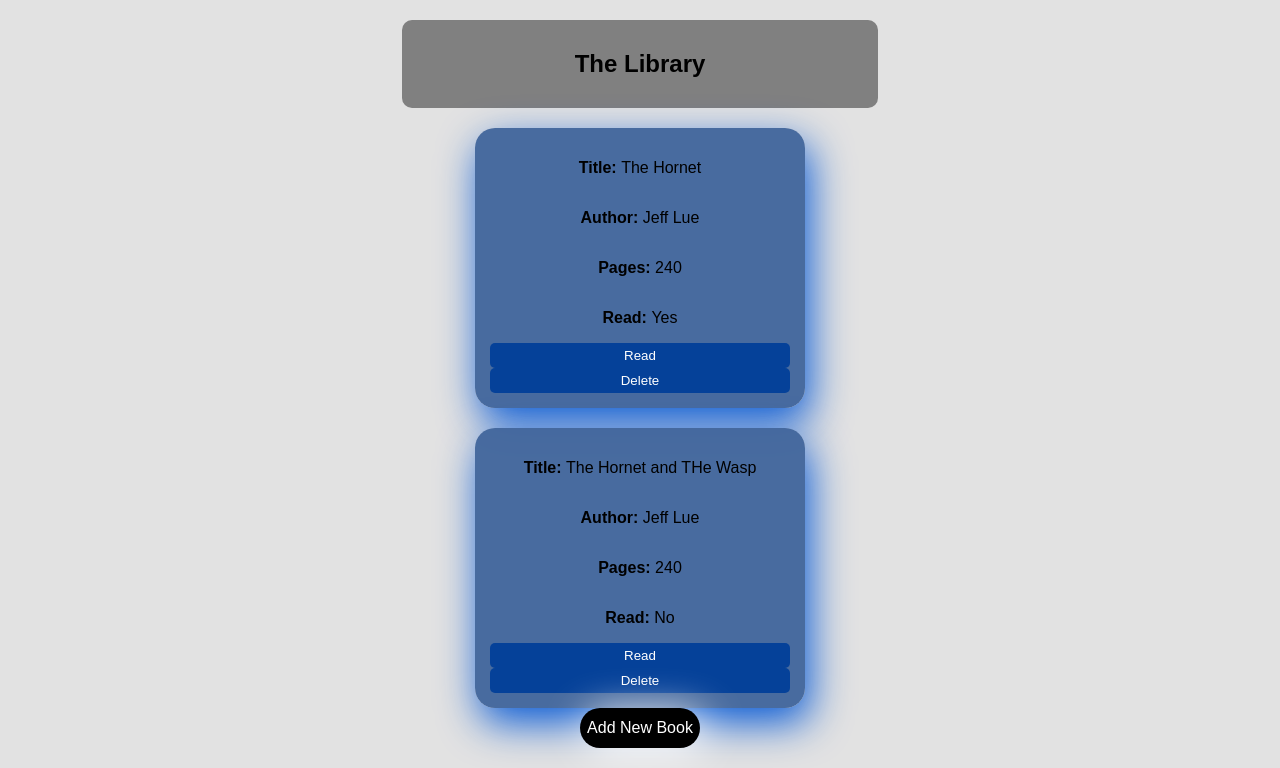
Repository: ErvinClay13/Library
Page: index.html
These files come from the project's save history. The page is drawn as it stood at one moment and after the next save; the edit follows.
The browser window is 1280 px wide. The pictures show the whole page.

Above is the page before, as saved 2025-01-11 04:56:53.

### index.html
<!DOCTYPE html>
<html lang="en">
<head>
    <meta charset="UTF-8">
    <meta name="viewport" content="width=device-width, initial-scale=1.0">
    <link rel="stylesheet" href="style.css">
    <link
      rel="icon"
      type="image/png"
      sizes="32x32"
      href="images/myLogo.png"
    />
    <title>The Library</title>
</head>
<body>
    <div class="container">
        <div class="heading">
            <h2>The Library</h2>
        </div>

            <div class="content" id="content"></div>

            <dialog id="myDialog">
                <div class="input">
                <form method="dialog" id="form">
                    <label for="title">Title</label>
                    <input type="text"
                           id="title"
                           name="title"
                           required>

                    <label for="author">Author</label>
                    <input type="text"
                           id="author"
                           name="author"
                           required>

                    <label for="pages">Pages</label>
                    <input type="number"
                           id="pages"
                           name="pages"
                           required>

                    <label for="read">Read</label>
                    <input type="checkbox"
                           name="read"
                           id="isRead">

                    <button type="submit" id="submit">Submit</button>
                    <div class="cancel" id="cancel">Cancel</div>


                </form>
            </div>
        </dialog>
        <footer><button id="addBook">Add New Book</button></footer>
    </div>

    <script src="script.js"></script>
</body>
</html>

### style.css
body {
    display: flex;
    justify-content: center;
    align-items: center;
    flex-direction: column;
    /* background-color: white; */
    background-color: rgb(226, 226, 226);
    margin: 0;
    font-family: Arial, sans-serif;
}

.container {
    display: flex;
    flex-direction: column;
    align-items: center;
    padding: 20px;
}

.heading {
    display: flex;
    justify-content: space-between;
    justify-content: center;
    background-color: gray;
    /* background-color: #42669df5; */
    /* box-shadow: 5px 5px 40px #0055d4f5; */
    width: 100%;
    max-width: 800px;
    padding: 10px 20px;
    border-radius: 10px;
    margin-bottom: 20px;
}

#addBook {
    /* background-color: #03409af5; */
    background-color: black;
    box-shadow: 5px 5px 40px ;
    height: 40px;
    width: 120px;
    border-radius: 20px;
    border: none;
    font-size: 16px;
    color: white;
    cursor: pointer;
}

#addBook:hover {
    transform: scale(1.1);
    box-shadow: 2px 5px 40px #7800d4f5;
}

#content {
    display: flex;
    flex-wrap: wrap;
    gap: 20px;
    justify-content: center;
    width: 100%;
}

.card {
    display: flex;
    flex-direction: column;
    justify-content: space-between;
    text-align: center;
    border-radius: 20px;
    padding: 15px;
    background-color: #42669df5;
    width: 100%;
    max-width: 300px;
    box-shadow: 5px 15px 40px #0055d4f5;
}

.card-details {
    margin-bottom: 10px;
}

.card-buttons {
    display: flex;
    justify-content: space-between;
    gap: 10px;
}

.read, .delete {
    flex: 1;
    padding: 5px 10px;
    border: none;
    border-radius: 5px;
    color: white;
    background-color: #03409af5;
    cursor: pointer;
}

.read:hover, .delete:hover {
    background-color: #254a81f5;
}

.read:active, .delete:active {
    background-color: #42669df5;
}

dialog {
    background-color: #fefefe;
    padding: 20px;
    border: none;
    border-radius: 10px;
    box-shadow: 0px 5px 15px rgba(0, 0, 0, 0.5);
}

form {
    display: flex;
    flex-direction: column;
    gap: 10px;
}

input[type="text"], input[type="number"] {
    padding: 5px;
    border-radius: 5px;
    border: 1px solid #ccc;
}

button {
    cursor: pointer;
}

/* Responsive Styles */
@media (max-width: 768px) {
    .heading {
        flex-direction: column;
        align-items: center;
    }

    #content {
        gap: 15px;
    }

    .card {
        max-width: 100%;
    }
}

### script.js
const dialog = document.getElementById('myDialog');
const form = document.getElementById('form');
const content = document.getElementById('content');
const submit = document.getElementById('submit');
const addBook = document.getElementById('addBook');
const cancel = document.getElementById('cancel');

const myLibrary = [];

const theHornet = new Book('The Hornet', 'Jeff Lue', 240, true);
const theHornetAndTheWasp = new Book('The Hornet and THe Wasp', 'Jeff Lue', 240, false);

myLibrary.push(theHornet);
myLibrary.push(theHornetAndTheWasp);


function Book(title, author, pages, read) {
    this.title = title;
    this.author = author;
    this.pages = pages;
    this.read = read;
}

Book.prototype.info = function() {
    return `${this.title} ${this.author} ${this.pages} ${this.read}`;
}


Book.prototype.toggleRead = function() {
    this.read = !this.read;
}



addBook.addEventListener("click", () => {
    dialog.showModal();
});

cancel.addEventListener("click", () => {
    dialog.close();
});

submit.addEventListener("click", (event) => {
    event.preventDefault();

    const title = document.getElementById('title').value;
    const author = document.getElementById('author').value;
    const pages = document.getElementById('pages').value;
    const read = document.getElementById('isRead').checked;

    const newBook = new Book(title, author, pages, read);
    myLibrary.push(newBook);

    form.reset();
    showBooks();
    dialog.close();
});

function showBooks() {

    content.innerHTML = '';

    myLibrary.forEach((book, index) => {                   //going through the array myLibrary
        const card = document.createElement('div');        //creating a new card for each book created through the modal
        card.classList.add('card');                        //adding card to the class

        card.innerHTML =                                      //creating the text that will be displayed on the card
            `<p><strong>Title: </strong>${book.title}</p>
             <p><strong>Author: </strong>${book.author}</p>
             <p><strong>Pages: </strong>${book.pages}</p>
             <p><strong>Read: </strong>${book.read ? 'Yes' : 'No'}</p>`;   //using the user input to create the new book on the card

        const deleteBtn = document.createElement('button');
        deleteBtn.classList.add('delete');
        deleteBtn.textContent = ('Delete');

        deleteBtn.addEventListener("click", () => {
            myLibrary.splice(index, 1);
            showBooks();
        });

        const read = document.createElement('button');
        read.classList.add('read');
        read.textContent = ('Read');

        read.addEventListener("click", () => {
            book.toggleRead();
            showBooks();
        });

        card.appendChild(read);
        card.appendChild(deleteBtn);
        content.appendChild(card);


    })
}

showBooks();

After the next save:
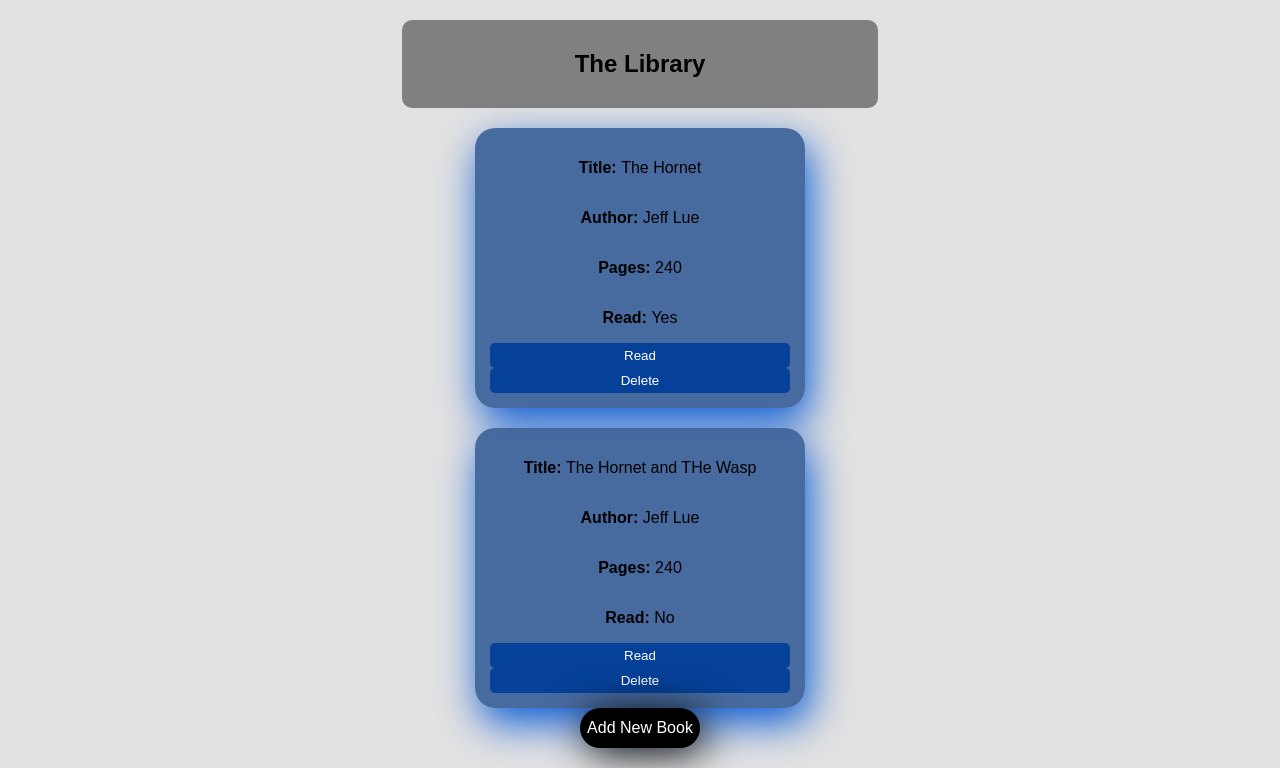
Saved 5 s later.
--- a/style.css
+++ b/style.css
@@ -33,7 +33,7 @@ body {
 #addBook {
     /* background-color: #03409af5; */
     background-color: black;
-    box-shadow: 5px 5px 40px ;
+    box-shadow: 5px 5px 40px black;
     height: 40px;
     width: 120px;
     border-radius: 20px;
